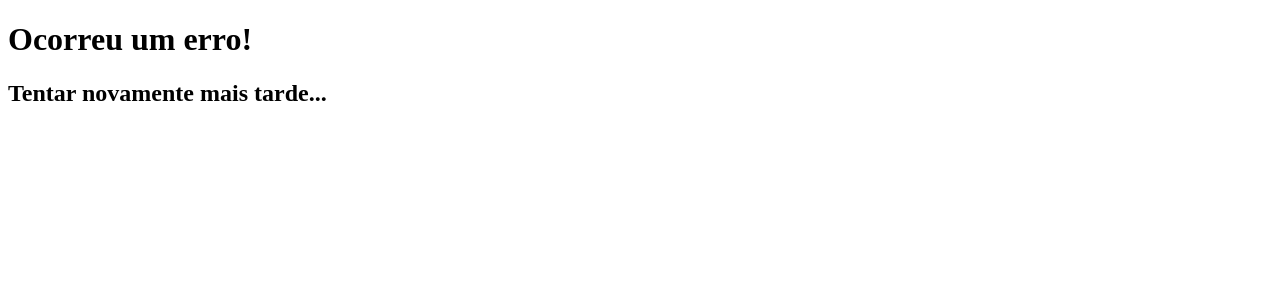
Repository: noceravictor/projetosbs
Page: fj21-agenda/WebContent/erro.html
An editor plug-in stored every save of this project. The page is shown before and after the next save, followed by the edit.
The browser window is 1280 px wide. The pictures show the whole page.

Above is the page before, as saved 2019-03-20 14:12:19.

### fj21-agenda/WebContent/erro.html
<!DOCTYPE html>
<html>
<head>
<meta charset="UTF-8">
<title>Ocorreu um erro!</title>
</head>
<body>

	<h1>Ocorreu um erro!</h1>
	<h2>Tentar novamente mais tarde...</h2>

</body>
</html>

After the next save:
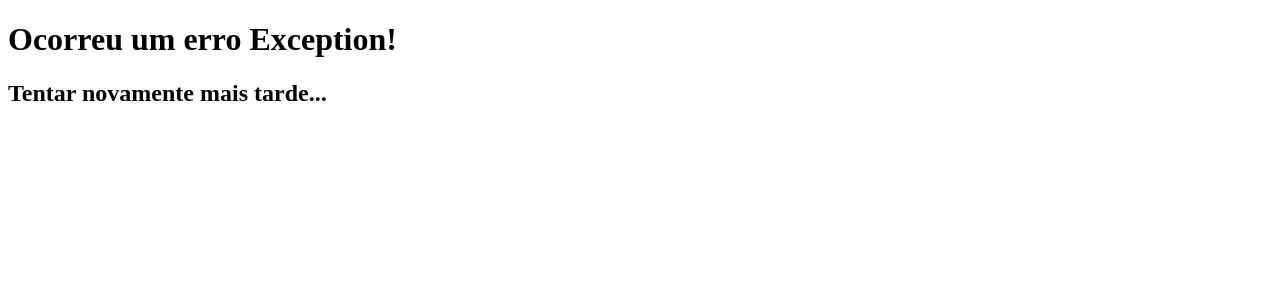
Saved 14 s later.
--- a/fj21-agenda/WebContent/erro.html
+++ b/fj21-agenda/WebContent/erro.html
@@ -6,7 +6,7 @@
 </head>
 <body>
 
-	<h1>Ocorreu um erro!</h1>
+	<h1>Ocorreu um erro Exception!</h1>
 	<h2>Tentar novamente mais tarde...</h2>
 
 </body>
